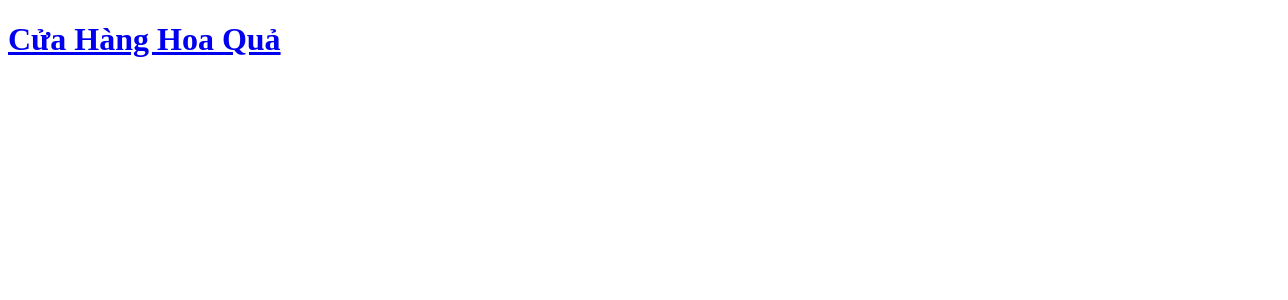
Repository: kieuduc123/HoaQua
Page: index.html
An editor plug-in stored every save of this project. The page is shown before and after the next save, followed by the edit.
The browser window is 1280 px wide. The page is 1288 px wide, so the pictures cover 1288 px, including what lies to the right of the window. The pictures show the whole page.

Above is the page before, as saved 2023-11-29 20:41:55.

### index.html
<!DOCTYPE html>
<html lang="en">
<head>
    <meta charset="UTF-8">
    <meta name="viewport" content="width=device-width, initial-scale=1.0">
    <link rel="stylesheet" href="./asset/style.css">
    <title>Cửa Hàng Hoa Quả</title>
</head>
<body>
    <div class="container">
        <h1><a href="#">Cửa Hàng Hoa Quả</a></h1>
    </div>
</body>
</html>

### asset/style.css
.container {
    width : 1280px;
}

After the next save:
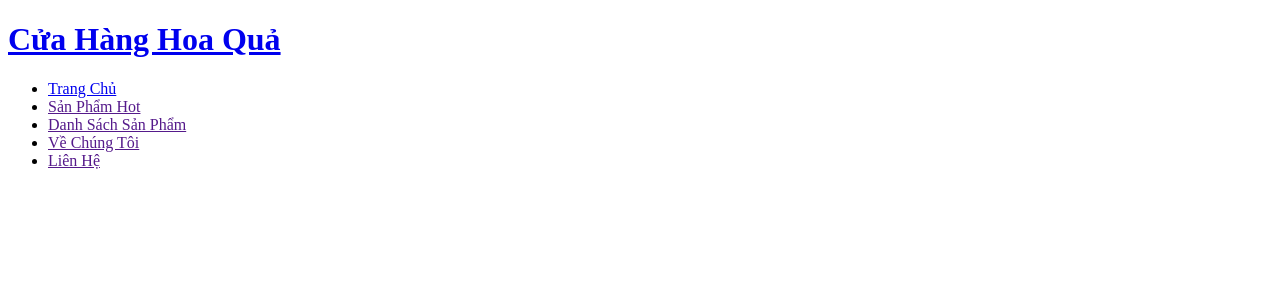
Saved 2 min 47 s later.
--- a/index.html
+++ b/index.html
@@ -9,6 +9,16 @@
 <body>
     <div class="container">
         <h1><a href="#">Cửa Hàng Hoa Quả</a></h1>
+        <div class="nav">
+            <ul>
+                <li><a href="#">Trang Chủ</a></li>
+                <li><a href="">Sản Phẩm Hot</a></li>
+                <li><a href="">Danh Sách Sản Phẩm</a></li>
+                <li><a href="">Về Chúng Tôi</a></li>
+                <li><a href="">Liên Hệ</a></li>
+            </ul>
+        </div>
     </div>
+
 </body>
 </html>
